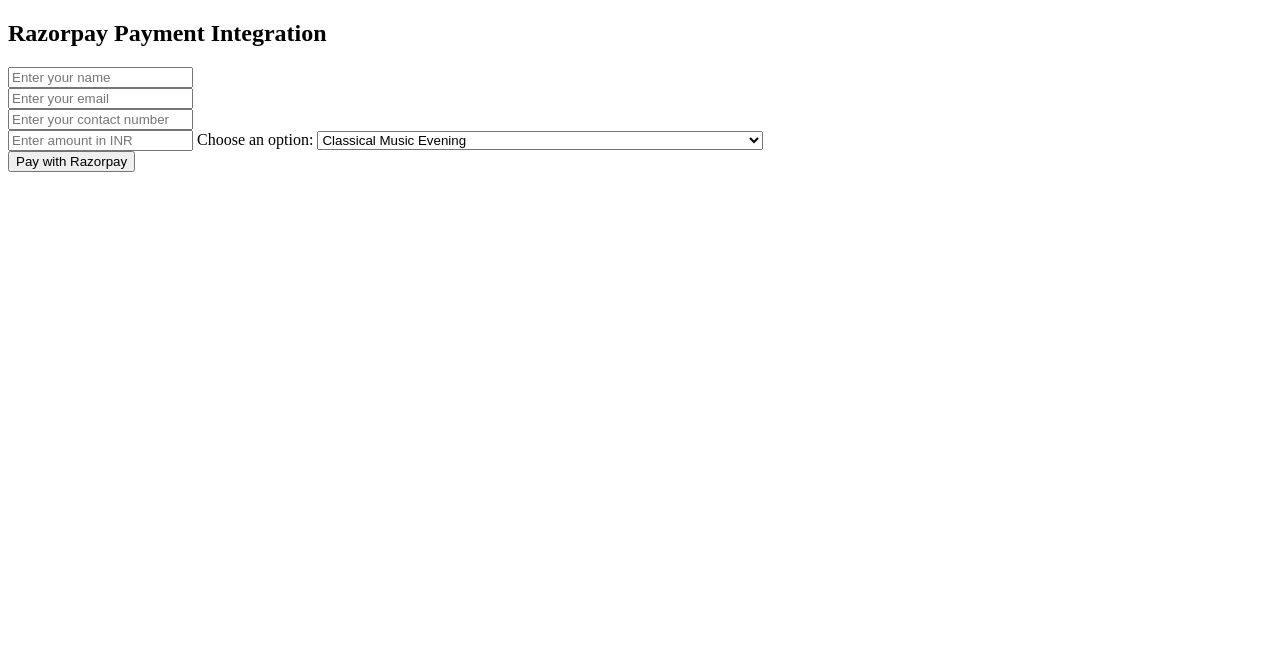
Repository: SharonSebastian32/razorpaypaymentgateway_implementation
Page: bookEventpage.html
An editor plug-in stored every save of this project. The page is shown before and after the next save, followed by the edit.
The browser window is 1280 px wide. The pictures show the whole page.

Above is the page before, as saved 2024-08-09 06:51:59.

### bookEventpage.html
<!DOCTYPE html>
<html lang="en">
  <head>
    <meta charset="UTF-8" />
    <meta name="viewport" content="width=device-width, initial-scale=1.0" />
    <title>Razorpay Payment Integration</title>
  </head>
  <body>
    <h2>Razorpay Payment Integration</h2>

    <form id="paymentForm">
      <input type="text" id="name" placeholder="Enter your name" required />
      <br />
      <input type="email" id="email" placeholder="Enter your email" required />
      <br />
      <input
        type="text"
        id="contact"
        placeholder="Enter your contact number"
        required
      />
      <br />
      <input
        type="text"
        id="amount"
        placeholder="Enter amount in INR"
        required
      />

      <label for="choices">Choose an option:</label>
      <select id="choices" name="choices">
        <!-- Options will be dynamically generated here -->
      </select>

      <br />

      <button id="rzp-button1" type="submit">Pay with Razorpay</button>
    </form>

    <!--------------------------paymentGatewayScripts--------------->
    <script src="./Script/paymentGateway.js"></script>

    <!--------------------------razorpayScript ---------------------->
    <script src="https://checkout.razorpay.com/v1/checkout.js"></script>
  </body>
</html>

### Script/paymentGateway.js
document.getElementById("paymentForm").addEventListener("submit", function (e) {
  e.preventDefault();
  var name = document.getElementById("name").value;
  var email = document.getElementById("email").value;
  var contact = document.getElementById("contact").value;
  var amount = document.getElementById("amount").value * 100;
  // Convert amount to paise

  var options = {
    key: "rzp_test_gCzBTQcb92KH3e", // Enter the Key ID generated from the Dashboard
    amount: amount.toString(), // Amount in currency subunits (100 paise = 1 INR)
    currency: "INR",
    name: "Ozwalz Events",
    description: "Thank You for booking event with Ozwalz Events",
    image: "./assets/images/logo.png",

    handler: function (response) {
      // Handle the response from Razorpay after payment
      // You can redirect to another page or save the response to your database
    },
    prefill: {
      name: name,
      email: email,
      contact: contact,
    },
    notes: {
      description: "Thank You for booking event with Ozwalz Events",
    },
    theme: {
      color: "#red",
    },
  };

  var rzp1 = new Razorpay(options);
  rzp1.open();
});

// API FOR FETCHING EVENTNAME

let eventData;

fetch("./JSON/event.json")
  .then((response) => response.json())
  .then((data) => {
    eventData = data;

    // Populate the select element with event names
    const selectElement = document.getElementById("choices");
    data.forEach((event) => {
      const option = document.createElement("option");
      option.value = event.id;
      option.text = event.eventName;
      selectElement.add(option);
    });

    // Add event listener to the select element
    selectElement.addEventListener("change", updatePriceInput);
  })
  .catch((error) => console.error("Error:", error));

function updatePriceInput() {
  const selectedEventId = document.getElementById("choices").value;
  const selectedEvent = eventData.find((event) => event.id === selectedEventId);

  if (selectedEvent) {
    document.getElementById("amount").value = selectedEvent.price.basePrice;
  } else {
    document.getElementById("amount").value = "";
  }
}

Loaded but not shown: JSON/event.json (899 lines, source omitted)

After the next save:
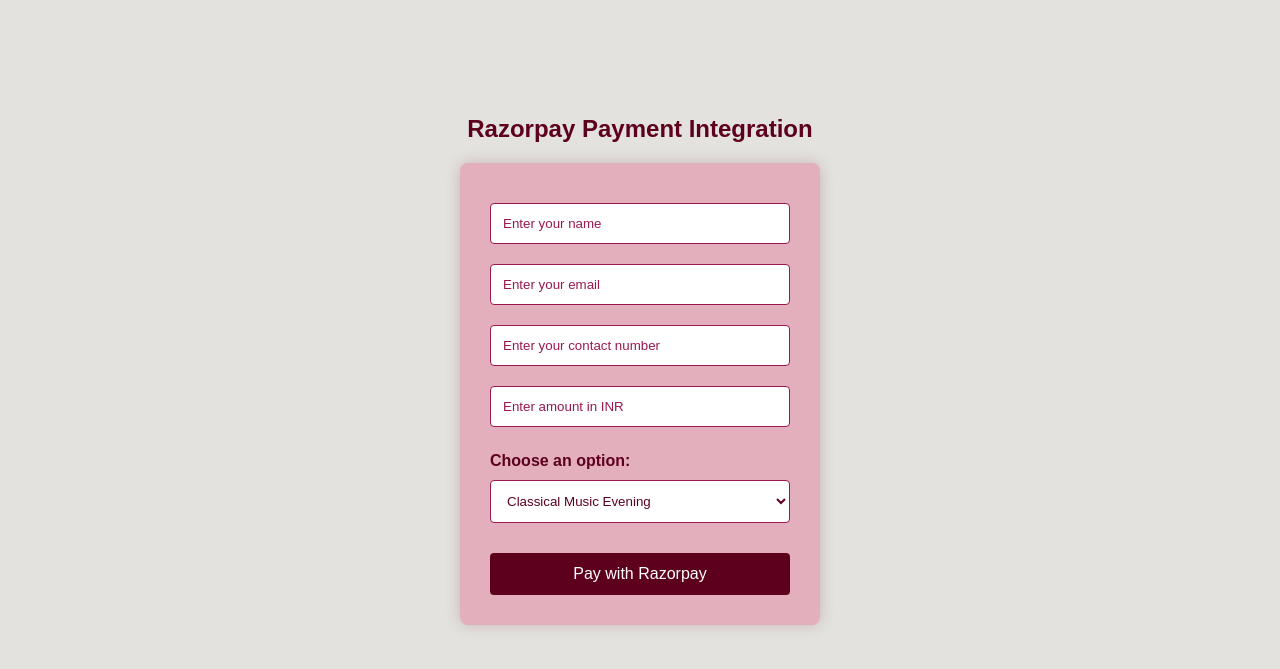
Saved 9 min 43 s later.
--- a/bookEventpage.html
+++ b/bookEventpage.html
@@ -4,38 +4,102 @@
     <meta charset="UTF-8" />
     <meta name="viewport" content="width=device-width, initial-scale=1.0" />
     <title>Razorpay Payment Integration</title>
+    <style>
+      body {
+        font-family: Arial, sans-serif;
+        background-color: #e3e2df;
+        display: flex;
+        justify-content: center;
+        align-items: center;
+        height: 100vh;
+        margin: 0;
+      }
+
+      h2 {
+        text-align: center;
+        color: #5d001e;
+        margin-bottom: 20px;
+      }
+
+      #paymentForm {
+        background-color: #e3afbc;
+        padding: 30px;
+        border-radius: 8px;
+        box-shadow: 0 0 15px rgba(93, 0, 30, 0.2);
+        width: 300px;
+      }
+
+      input,
+      select {
+        width: 100%;
+        padding: 12px;
+        margin: 10px 0;
+        border: 1px solid #9a1750;
+        border-radius: 4px;
+        box-sizing: border-box;
+        background-color: #fff;
+        color: #5d001e;
+      }
+
+      input::placeholder {
+        color: #9a1750;
+      }
+
+      label {
+        display: block;
+        margin-top: 15px;
+        color: #5d001e;
+        font-weight: bold;
+      }
+
+      #rzp-button1 {
+        width: 100%;
+        padding: 12px;
+        background-color: #5d001e;
+        color: white;
+        border: none;
+        border-radius: 4px;
+        cursor: pointer;
+        font-size: 16px;
+        margin-top: 20px;
+        transition: background-color 0.3s ease;
+      }
+
+      #rzp-button1:hover {
+        background-color: #9a1750;
+      }
+    </style>
   </head>
   <body>
-    <h2>Razorpay Payment Integration</h2>
-
-    <form id="paymentForm">
-      <input type="text" id="name" placeholder="Enter your name" required />
-      <br />
-      <input type="email" id="email" placeholder="Enter your email" required />
-      <br />
-      <input
-        type="text"
-        id="contact"
-        placeholder="Enter your contact number"
-        required
-      />
-      <br />
-      <input
-        type="text"
-        id="amount"
-        placeholder="Enter amount in INR"
-        required
-      />
-
-      <label for="choices">Choose an option:</label>
-      <select id="choices" name="choices">
-        <!-- Options will be dynamically generated here -->
-      </select>
-
-      <br />
-
-      <button id="rzp-button1" type="submit">Pay with Razorpay</button>
-    </form>
+    <div>
+      <h2>Razorpay Payment Integration</h2>
+      <form id="paymentForm">
+        <input type="text" id="name" placeholder="Enter your name" required />
+        <input
+          type="email"
+          id="email"
+          placeholder="Enter your email"
+          required
+        />
+        <input
+          type="text"
+          id="contact"
+          placeholder="Enter your contact number"
+          required
+        />
+        <input
+          type="text"
+          id="amount"
+          placeholder="Enter amount in INR"
+          required
+        />
+        <label for="choices">Choose an option:</label>
+        <select id="choices" name="choices">
+          <!-- Options will be dynamically generated here -->
+        </select>
+        <button id="rzp-button1" type="submit">Pay with Razorpay</button>
+      </form>
+    </div>
 
     <!--------------------------paymentGatewayScripts--------------->
     <script src="./Script/paymentGateway.js"></script>
